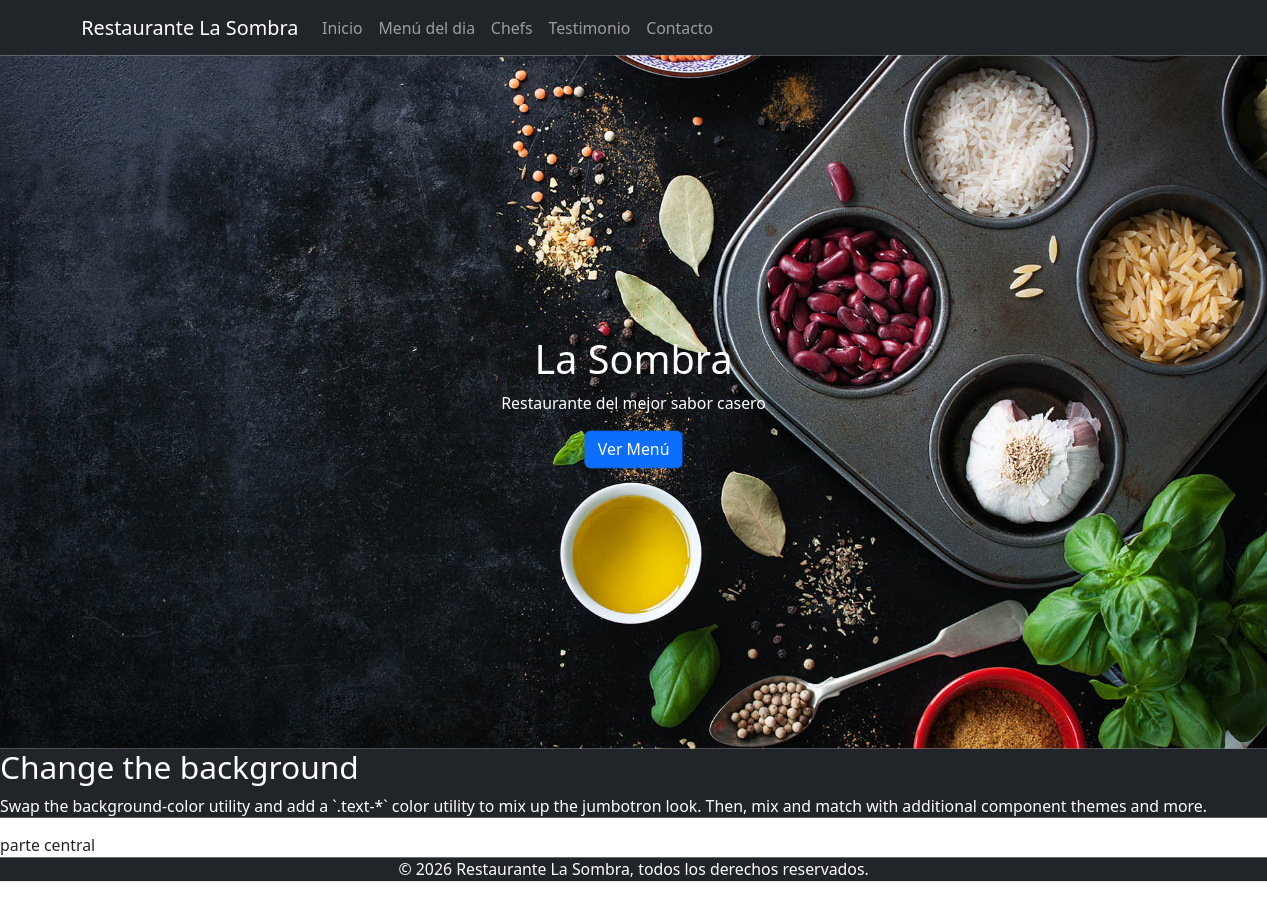
Repository: salextros/Restaurant-Project-PHP-MySQL
Page: http://localhost/restaurant/index.php
These files come from the project's save history. The page is drawn as it stood at one moment and after the next save; the edit follows.
The browser window is 1280 px wide. The pictures show the whole page, at 99% of full size.
The page is run by PHP 8.4 with error messages shown; the project is at /var/www/html/.

Above is the page before, as saved 2026-01-14 01:28:35.

After the next save:
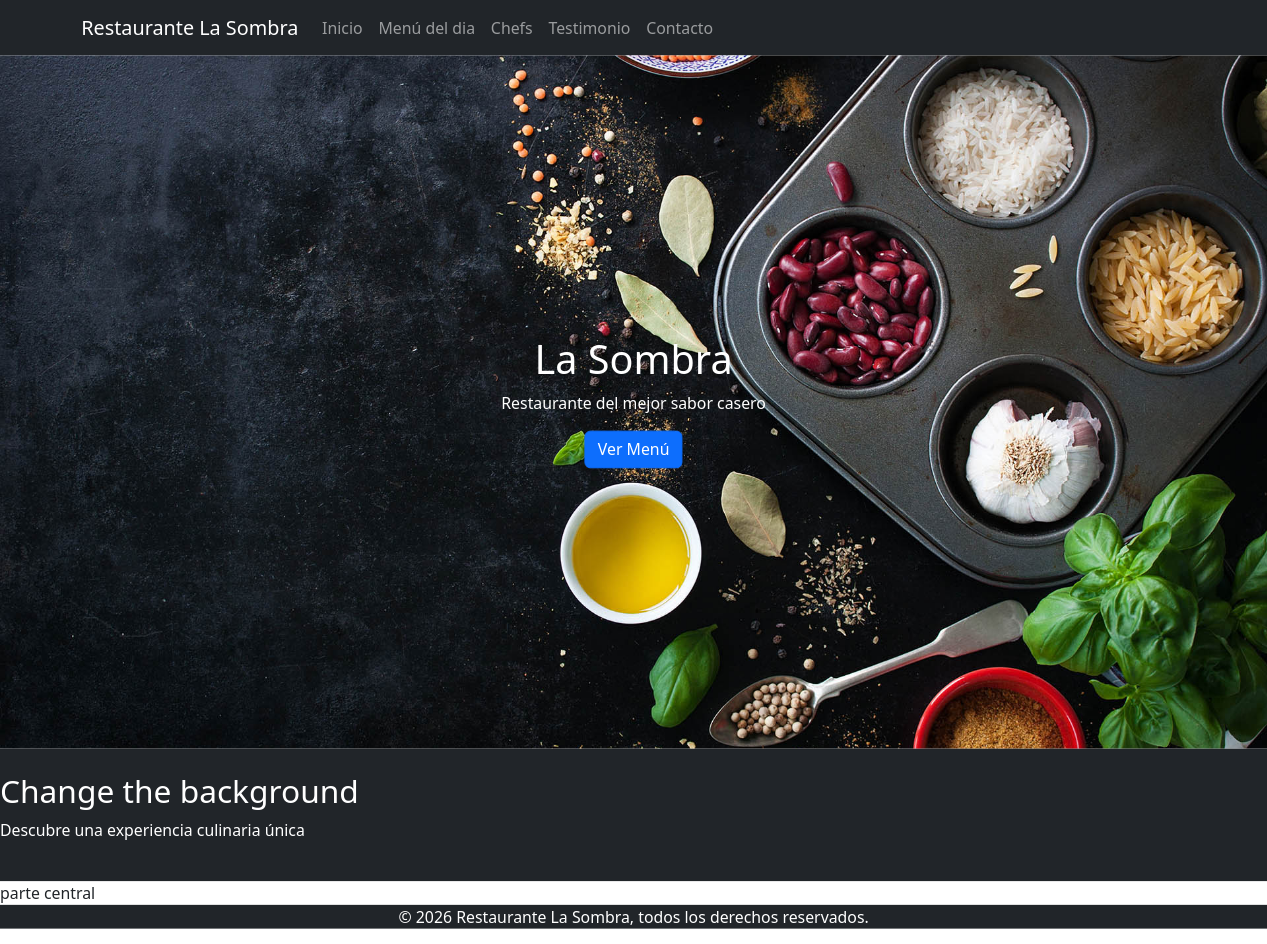
Saved 2 min 24 s later.
--- a/restaurant/index.php
+++ b/restaurant/index.php
@@ -82,13 +82,13 @@
     <section>
         <div class="jumbotron bg-dark text-white">
 
-
+        <br/>
                     <h2>Change the background</h2>
-                    <p>Swap the background-color utility and add a `.text-*` color
-                        utility to mix up the jumbotron look. Then, mix and match with
-                        additional component themes and more.</p>
+                    <p>Descubre una experiencia culinaria única</p>
+            <br/>
 
         </div>
+
     </section>
 
 
